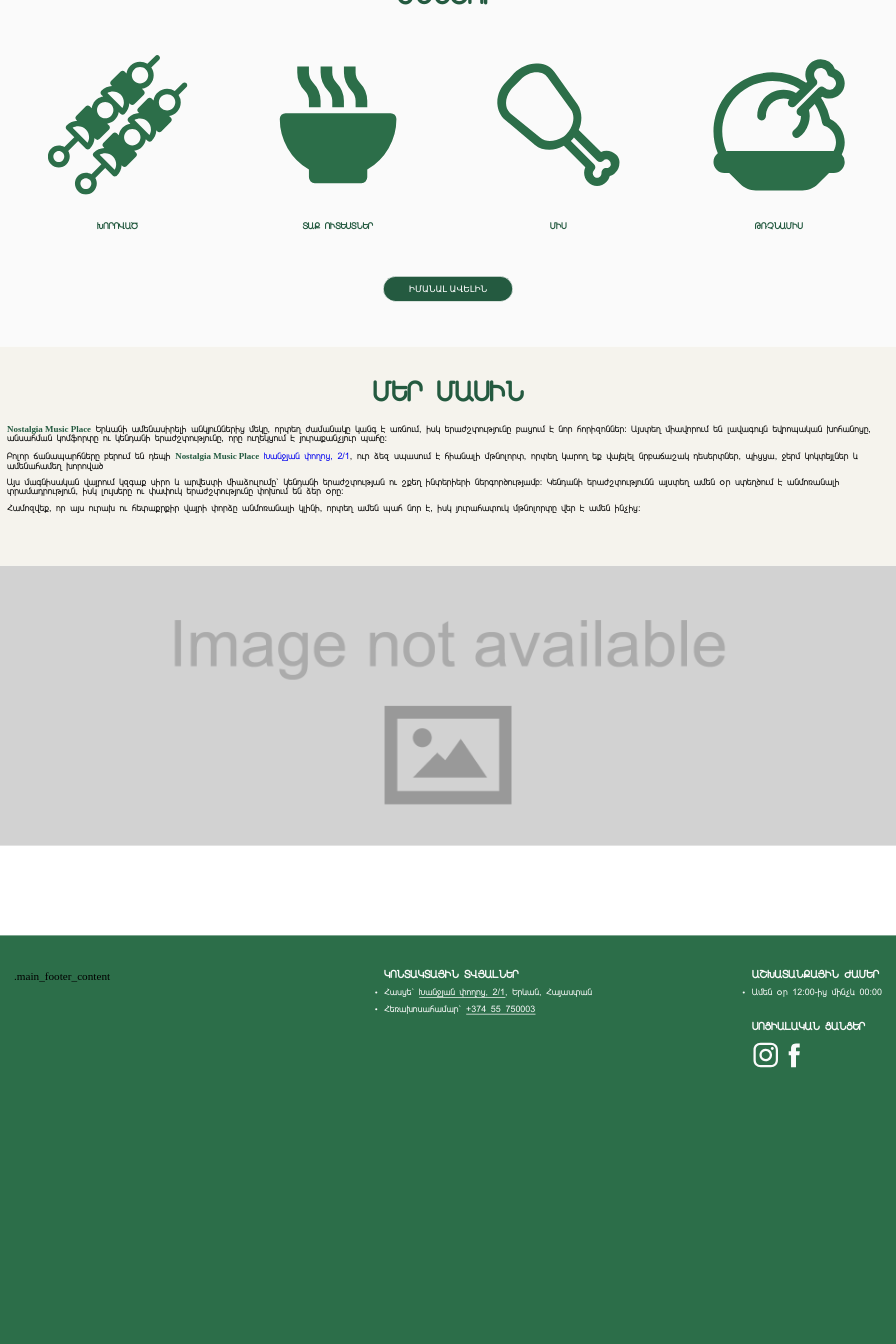
Repository: RuVerr/nost-testttt
Page: index.html
These files come from the project's save history. The page is drawn as it stood at one moment and after the next save; the edit follows.
The browser window is 1280 px wide. The pictures show the part of the page from y = 1305 to 3225 px (the page is 3225 px tall before and 3046 px after), at 70% of full size.
Pictures or frames that could not be fetched are drawn as grey boxes.

Above is the page before, as saved 2025-03-01 20:16:51.

After the next save:
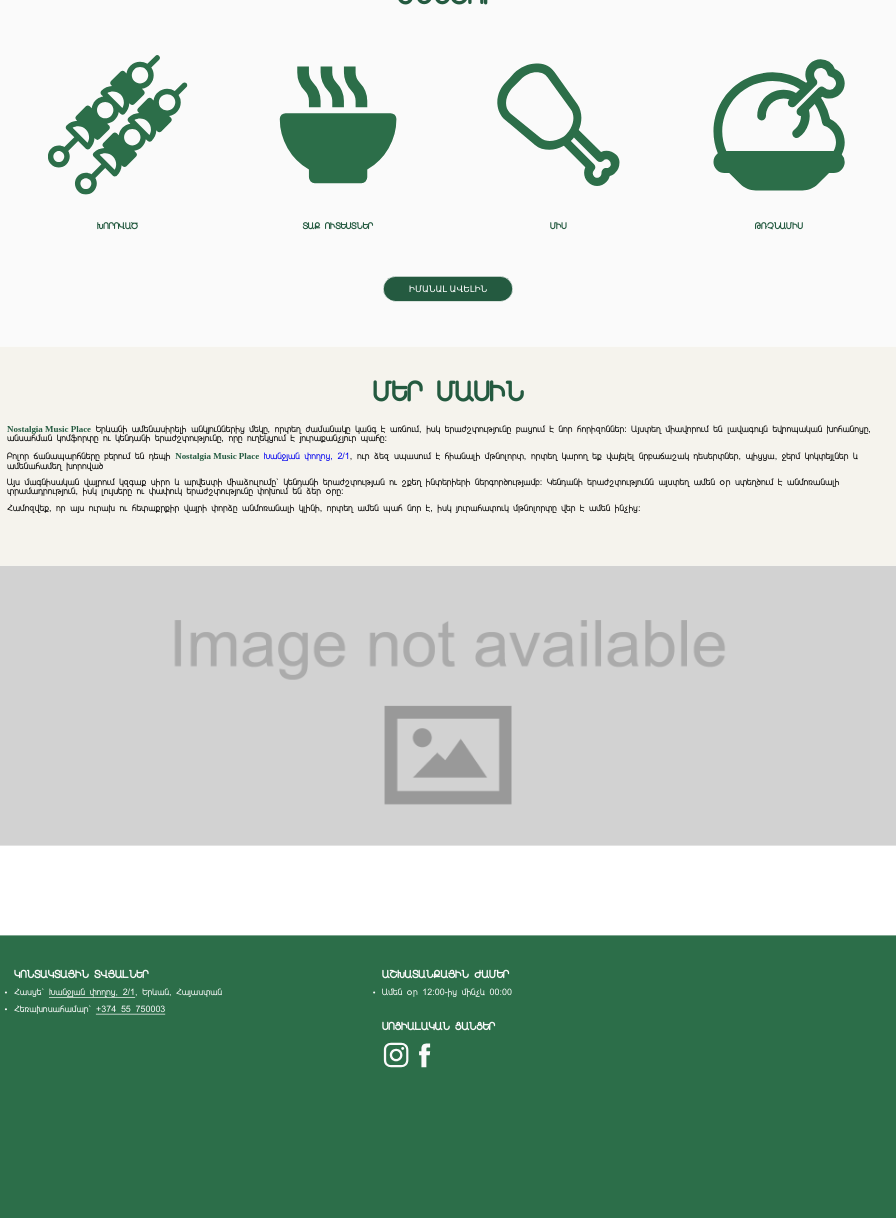
Saved 4 s later.
--- a/index.html
+++ b/index.html
@@ -347,7 +347,6 @@
     <footer class="footer" id="contactInformationID">
         <div class="custom_container_footer">
             <div class="footer_content grid justify-space-between align-items-baseline">
-                .main_footer_content
                 <div class="contact_information">
                     <h3 class="contact_information_title font-family text-transform-uppercase">
                         Կոնտակտային տվյալներ
